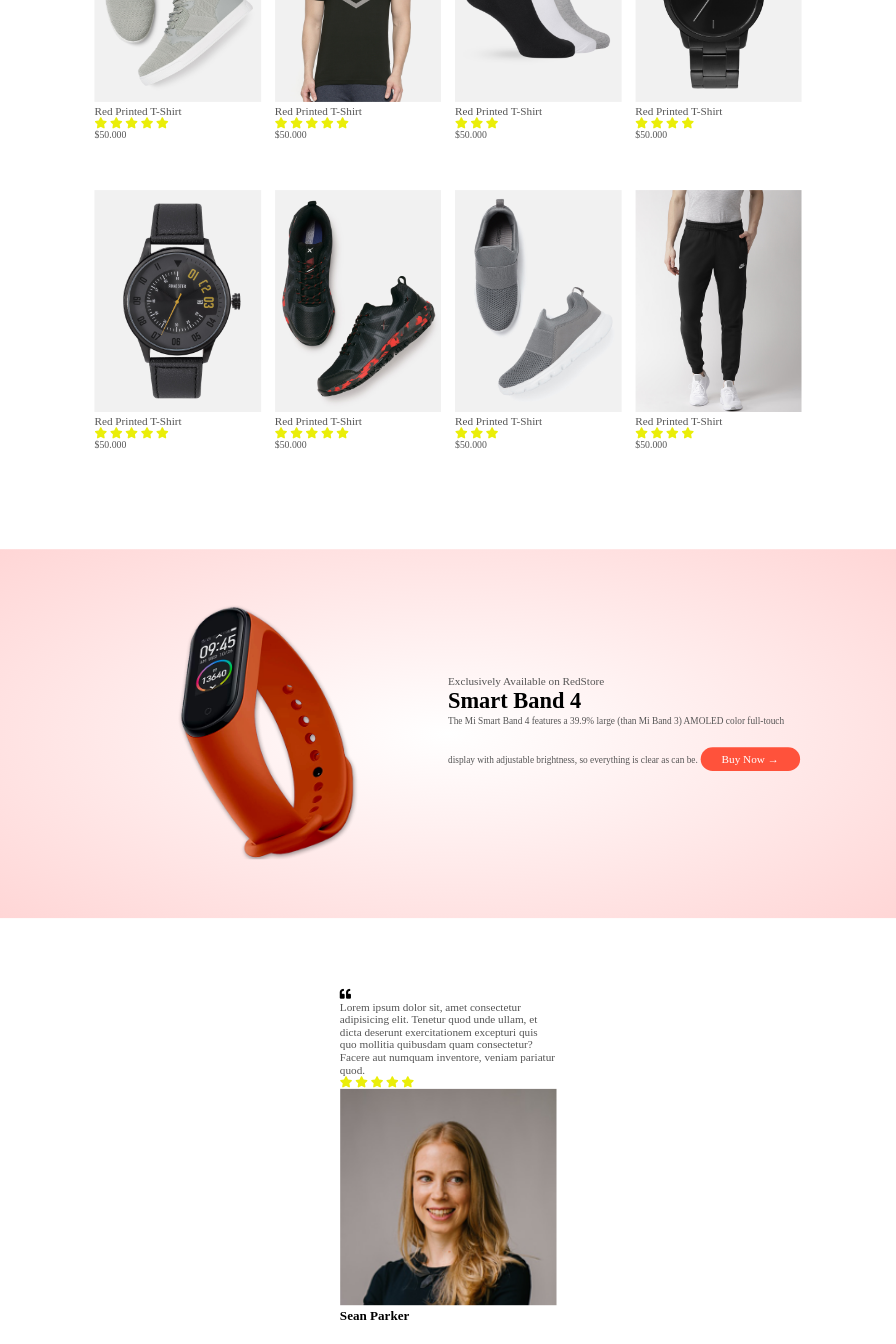
Repository: tuan21052000/Frontend
Page: index.html
An editor plug-in stored every save of this project. The page is shown before and after the next save, followed by the edit.
The browser window is 1280 px wide. The pictures show the part of the page from y = 2202 to 4122 px (the page is 4122 px tall), at 70% of full size.

Above is the page before, as saved 2022-05-08 20:46:21.

### index.html
<!DOCTYPE html>
<html lang="en">
<head>
    <meta charset="UTF-8">
    <meta http-equiv="X-UA-Compatible" content="IE=edge">
    <meta name="viewport" content="width=device-width, initial-scale=1.0">
    <title>RedStore | Ecommerce Website Design</title>
    <link rel="stylesheet" href="style.css">
    <link href="https://fonts.googleapis.com/css2?family=Poppins:wght@300;400;500;600;700&display=swap" rel="stylesheet">
    <link rel="stylesheet" href="https://use.fontawesome.com/releases/v5.15.4/css/all.css" />
</head>
<body>
    <div class="header">


    <div class="container">
        <div class="navbar">
            <div class="logo">
                <img src="images/logo.png" width="125px">
            </div>
            <nav>
                <ul>
                    <li><a href="">Home</a></li>
                    <li><a href="">Products</a></li>
                    <li><a href="">About</a></li>
                    <li><a href="">Contact</a></li>
                    <li><a href="">Account</a></li>
                </ul>
            </nav>
            <img src="images/cart.png" width="30px" height="30px">
        </div>
        <div class="row">
            <div class="col-2">
                <h1>Give Your Workout <br>A New Style!</h1>
                <p>Success isn't always about greatness.It's about
                consistency. Consistent<br> hard work gains success. Greatness
                will come.
                </p>
                <a href="" class="btn">Explore Now &#8594;</a>
            </div>
            <div class="col-2">
              <img src="images/image1.png">
            </div>
        </div>
    </div>
</div>
<!-- -----Loại sản phẩm------- -->
   <div class="categories">
       <div class="small-container">
        <div class="row">
            <div class="col-3">
                <img src="images/category-1.jpg">
            </div>
            <div class="col-3">
             <img src="images/category-2.jpg">
         </div>
         <div class="col-3">
             <img src="images/category-3.jpg">
         </div>
        </div>
       </div>
   </div>
<!--    -------aaaa------------ -->
<div class="small-container">
    <h2 class="title">Featured Products</h2>
    <div class="row">
    <div class="col-4">
        <img src="images/product-1.jpg">
        <h4>Red Printed T-Shirt</h4>
        <div class="rating">
            <i class="fa fa-star"></i>
            <i class="fa fa-star"></i>
            <i class="fa fa-star"></i>
            <i class="fa fa-star"></i>
            <i class="fa fa-star"></i>
        </div>
        <p>$50.000</p>
    </div>
    <div class="col-4">
        <img src="images/product-2.jpg">
        <h4>Red Printed T-Shirt</h4>
        <div class="rating">
            <i class="fa fa-star"></i>
            <i class="fa fa-star"></i>
            <i class="fa fa-star"></i>
            <i class="fa fa-star"></i>
            <i class="fa fa-star"></i>
        </div>
        <p>$50.000</p>
    </div>
    <div class="col-4">
        <img src="images/product-3.jpg">
        <h4>Red Printed T-Shirt</h4>
        <div class="rating">
            <i class="fa fa-star"></i>
            <i class="fa fa-star"></i>
            <i class="fa fa-star"></i>
            <i class="fa fa-star-half-o"></i>
            <i class="fa fa-star-o"></i>
        </div>
        <p>$50.000</p>
    </div>
    <div class="col-4">
        <img src="images/product-4.jpg">
        <h4>Red Printed T-Shirt</h4>
        <div class="rating">
            <i class="fa fa-star"></i>
            <i class="fa fa-star"></i>
            <i class="fa fa-star"></i>
            <i class="fa fa-star"></i>
            <i class="fa fa-star-o"></i>
        </div>
        <p>$50.000</p>
    </div>
    </div>
    <h2 class="title">Latest Products</h2>
    <div class="row">
        <div class="col-4">
            <img src="images/product-5.jpg">
            <h4>Red Printed T-Shirt</h4>
            <div class="rating">
                <i class="fa fa-star"></i>
                <i class="fa fa-star"></i>
                <i class="fa fa-star"></i>
                <i class="fa fa-star"></i>
                <i class="fa fa-star"></i>
            </div>
            <p>$50.000</p>
        </div>
        <div class="col-4">
            <img src="images/product-6.jpg">
            <h4>Red Printed T-Shirt</h4>
            <div class="rating">
                <i class="fa fa-star"></i>
                <i class="fa fa-star"></i>
                <i class="fa fa-star"></i>
                <i class="fa fa-star"></i>
                <i class="fa fa-star"></i>
            </div>
            <p>$50.000</p>
        </div>
        <div class="col-4">
            <img src="images/product-7.jpg">
            <h4>Red Printed T-Shirt</h4>
            <div class="rating">
                <i class="fa fa-star"></i>
                <i class="fa fa-star"></i>
                <i class="fa fa-star"></i>
                <i class="fa fa-star-half-o"></i>
                <i class="fa fa-star-o"></i>
            </div>
            <p>$50.000</p>
        </div>
        <div class="col-4">
            <img src="images/product-8.jpg">
            <h4>Red Printed T-Shirt</h4>
            <div class="rating">
                <i class="fa fa-star"></i>
                <i class="fa fa-star"></i>
                <i class="fa fa-star"></i>
                <i class="fa fa-star"></i>
                <i class="fa fa-star-o"></i>
            </div>
            <p>$50.000</p>
        </div>
        </div>
        <div class="row">
            <div class="col-4">
                <img src="images/product-9.jpg">
                <h4>Red Printed T-Shirt</h4>
                <div class="rating">
                    <i class="fa fa-star"></i>
                    <i class="fa fa-star"></i>
                    <i class="fa fa-star"></i>
                    <i class="fa fa-star"></i>
                    <i class="fa fa-star"></i>
                </div>
                <p>$50.000</p>
            </div>
            <div class="col-4">
                <img src="images/product-10.jpg">
                <h4>Red Printed T-Shirt</h4>
                <div class="rating">
                    <i class="fa fa-star"></i>
                    <i class="fa fa-star"></i>
                    <i class="fa fa-star"></i>
                    <i class="fa fa-star"></i>
                    <i class="fa fa-star"></i>
                </div>
                <p>$50.000</p>
            </div>
            <div class="col-4">
                <img src="images/product-11.jpg">
                <h4>Red Printed T-Shirt</h4>
                <div class="rating">
                    <i class="fa fa-star"></i>
                    <i class="fa fa-star"></i>
                    <i class="fa fa-star"></i>
                    <i class="fa fa-star-half-o"></i>
                    <i class="fa fa-star-o"></i>
                </div>
                <p>$50.000</p>
            </div>
            <div class="col-4">
                <img src="images/product-12.jpg">
                <h4>Red Printed T-Shirt</h4>
                <div class="rating">
                    <i class="fa fa-star"></i>
                    <i class="fa fa-star"></i>
                    <i class="fa fa-star"></i>
                    <i class="fa fa-star"></i>
                    <i class="fa fa-star-o"></i>
                </div>
                <p>$50.000</p>
            </div>
        </div>
</div>
<!-- ----------offer------------- -->
<div class="offer">
    <div class="small-container">
        <div class="row">
            <div class="col-2">
                <img src="images/exclusive.png" class="offer-img">
            </div>
            <div class="col-2">
               <p>Exclusively Available on RedStore</p>
               <h1>Smart Band 4</h1>
               <small>The Mi Smart Band 4 features a 39.9% large
                   (than Mi Band 3) AMOLED color full-touch display with
                   adjustable brightness, so everything is clear as can
                   be.</small>
               <a href="" class="btn">Buy Now &#8594;</a>
            </div>
        </div>
    </div>
</div>
<!-- -----testi---- -->
       <div class="testimonial">
           <div class="small-container">
               <div class="row">
                   <div class="col-3">
                       <i class="fa fa-quote-left"></i>
                       <p>Lorem ipsum dolor sit, amet consectetur adipisicing elit.
                            Tenetur quod unde ullam, et dicta deserunt exercitationem
                            excepturi quis quo mollitia quibusdam quam consectetur? Facere aut numquam inventore, veniam pariatur quod.</p>
                            <div class="rating">
                                <i class="fa fa-star"></i>
                                <i class="fa fa-star"></i>
                                <i class="fa fa-star"></i>
                                <i class="fa fa-star"></i>
                                <i class="fa fa-star"></i>
                            </div>
                            <img src="images/user-1.png">
                            <h3>Sean Parker</h3>
                   </div>
               </div>
           </div>
       </div>
</body>
</html>

### style.css
* {
    margin: 0;
    padding: 0;
    box-sizing: border-box;
}
.navbar{
   display: flex;
   align-items: center;
   padding: 20px;
}
nav {
    flex: 1;
    text-align: right;
}
nav ul {
    display: inline-block;
    list-style-type: none;
}
nav ul li{
    display: inline-block;
    margin-right: 20px;
}
a {
    text-decoration: none;
    color: #555;
}
p {
    color:#555;
}
.container {
    max-width: 1300px;
    margin: auto;
    padding-left: 25px;
    padding-right:25px;
}
.row {
    display: flex;
    align-items: center;
    flex-wrap: wrap;
    justify-content: space-around;
}
.col-2 {
    flex-basis: 50%;
    min-width: 300px;
}
.col-2 img {
    max-width: 100%;
    padding: 50px 0;
}
.btn {
    display: inline-block;
    background: #ff523b;
    color: #fff;
    padding: 8px 30px;
    margin: 30px 0;
    border-radius: 30px;
    transition: background 0.5s;
}
.btn:hover {
    background: #563434;
}
.header {
    background: radial-gradient(#fff,#ffd6ff);
}
.header .row{
   margin-top: 70px;
}
.categories {
    margin: 70px 0;
}
.col-3{
    flex-basis: 30%;
    min-width: 250px;
    margin-bottom: 30px;
}
.col-3 img{
    width: 100%;
}
.small-container{
    max-width: 1080px;
    margin: auto;
    padding-left: 25px;
    padding-right: 25px;

}
.col-4{
    flex-basis: 25%;
    padding: 10px;
    min-width: 200px;
    margin-bottom: 50px;
    transform: transforn 0.5s;
}
.col-4 img{
    width: 100%;
}
.title{
    text-align: center;
    margin: 0 auto 80px;
    position: relative;
    line-height: 60px;
    color:#555;
}
.title::after{
    content: '';
    background: #ff523b;
    width: 80px;
    height: 5px;
    border-radius: 5px;
    position: absolute;
    bottom: 0;
    left: 50%;
    transform: translateX(-50%);
}
h4{
    color:#555;
    font-weight: normal;
}
.col-4 p{
    font-size: 14px;
}
.rating .fa{
    color: #eaee09;
}
.col-4:hover{
    transform: translateY(-5px); /* tạo hiệu ứng */
}
.offer {
    background: radial-gradient(#fff,#ffd6d6);
    margin-top: 80px;
    padding: 30px 0;
}
.col-2 .offer-img{
    padding: 50px;
}
small{
    color:#555;
}
/* -------------testimonial----------- */
.testimonial{
    padding-top: 100px;
}
.testimonial col-3 {
    text-align: center;
    padding: 40px 20px;
}
.testimonial col-3 img{
    width: 50px;
    margin-top: 20px;
    border-radius: 50%;
}

After the next save:
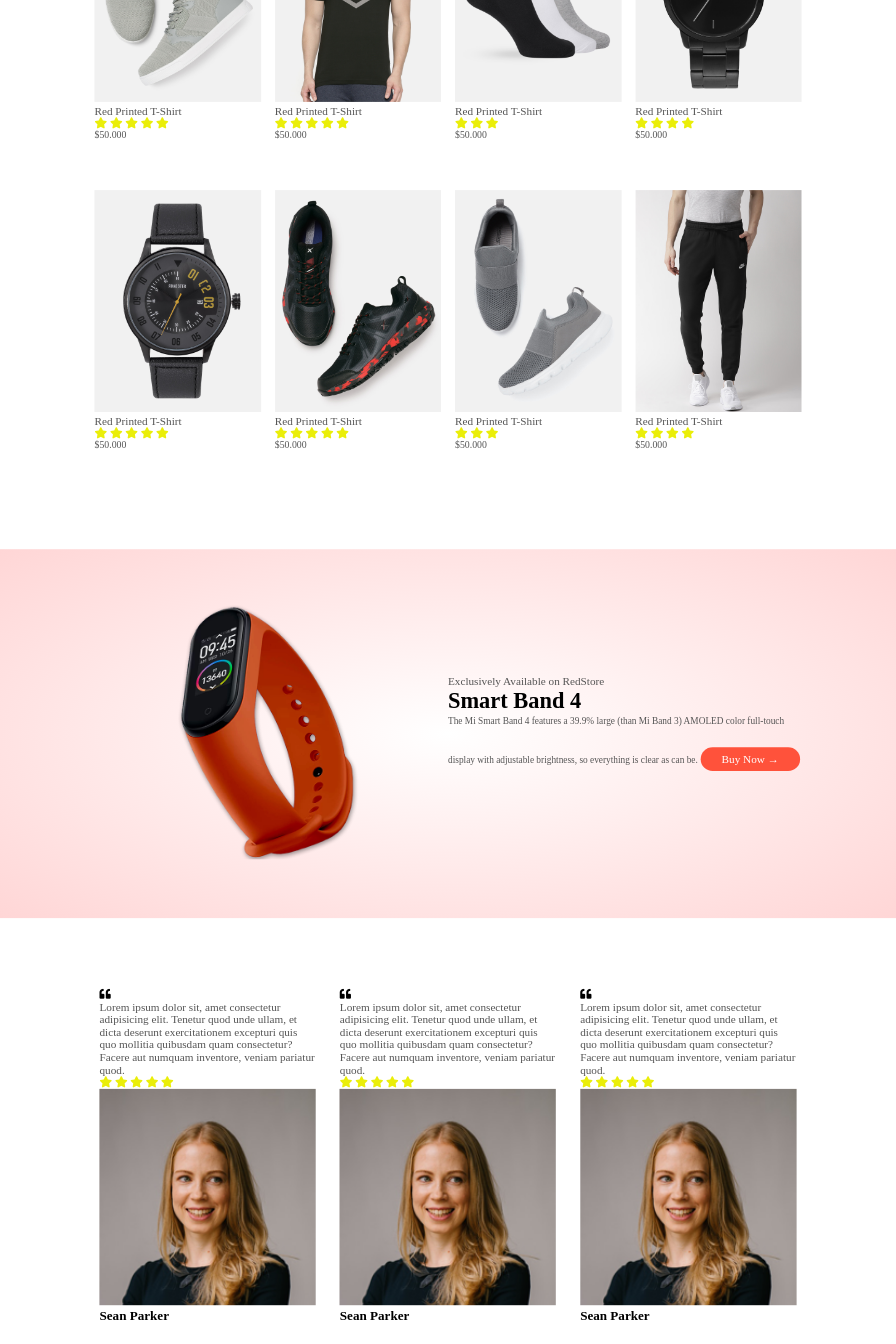
Saved 76 s later.
--- a/index.html
+++ b/index.html
@@ -253,6 +253,36 @@
                             <img src="images/user-1.png">
                             <h3>Sean Parker</h3>
                    </div>
+                   <div class="col-3">
+                    <i class="fa fa-quote-left"></i>
+                    <p>Lorem ipsum dolor sit, amet consectetur adipisicing elit.
+                         Tenetur quod unde ullam, et dicta deserunt exercitationem
+                         excepturi quis quo mollitia quibusdam quam consectetur? Facere aut numquam inventore, veniam pariatur quod.</p>
+                         <div class="rating">
+                             <i class="fa fa-star"></i>
+                             <i class="fa fa-star"></i>
+                             <i class="fa fa-star"></i>
+                             <i class="fa fa-star"></i>
+                             <i class="fa fa-star"></i>
+                         </div>
+                         <img src="images/user-1.png">
+                         <h3>Sean Parker</h3>
+                </div>
+                <div class="col-3">
+                    <i class="fa fa-quote-left"></i>
+                    <p>Lorem ipsum dolor sit, amet consectetur adipisicing elit.
+                         Tenetur quod unde ullam, et dicta deserunt exercitationem
+                         excepturi quis quo mollitia quibusdam quam consectetur? Facere aut numquam inventore, veniam pariatur quod.</p>
+                         <div class="rating">
+                             <i class="fa fa-star"></i>
+                             <i class="fa fa-star"></i>
+                             <i class="fa fa-star"></i>
+                             <i class="fa fa-star"></i>
+                             <i class="fa fa-star"></i>
+                         </div>
+                         <img src="images/user-1.png">
+                         <h3>Sean Parker</h3>
+                </div>
                </div>
            </div>
        </div>
